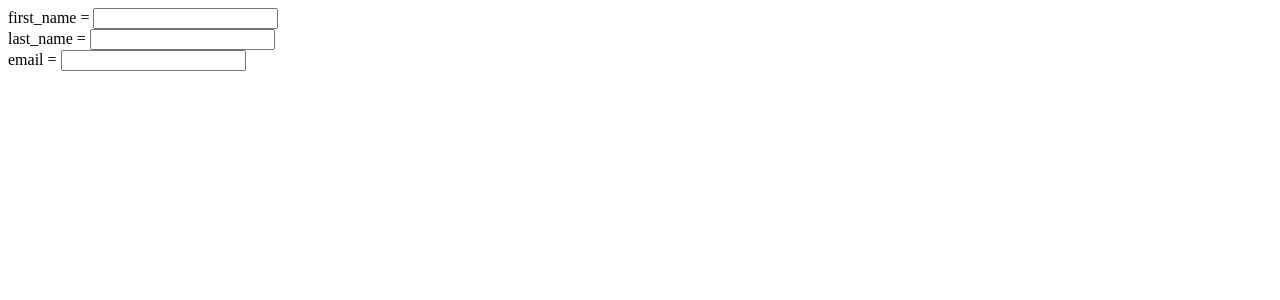
Repository: Map2g/GroupMeet
Page: insert.html
The author's editor kept a record of every edit. The page is drawn from the files as they stood at one moment, then again after the next edit.
The browser window is 1280 px wide. The pictures show the whole page.

Above is the page before.

### insert.html
<!DOCTYPE html>
<html>
    <head>
        <title> </title>
    </head>
    <body>
<form action = "register.php" method = "post">
    first_name = <input type = "text" first_name = "First Name">
    <br/>
    last_name = <input type = "text" last_name = "Last Name">
    <br/>
    email = <input type = "text" email = "email"

</form>
    </body>
</html>

After the next edit:
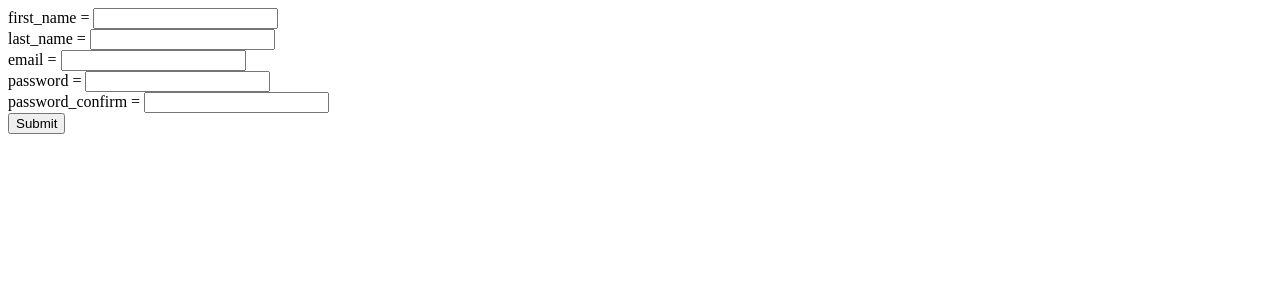
The edit:
--- a/insert.html
+++ b/insert.html
@@ -9,8 +9,13 @@
     <br/>
     last_name = <input type = "text" last_name = "Last Name">
     <br/>
-    email = <input type = "text" email = "email"
-
+    email = <input type = "text" email = "Email">
+    <br/>
+    password = <input type = "text" password = "Password">
+    <br/>
+    password_confirm = <input type = "text" password_confirm = "Confirm">
+    <br/>
+    <input type = "submit" value = "Submit">
 </form>
     </body>
 </html>
